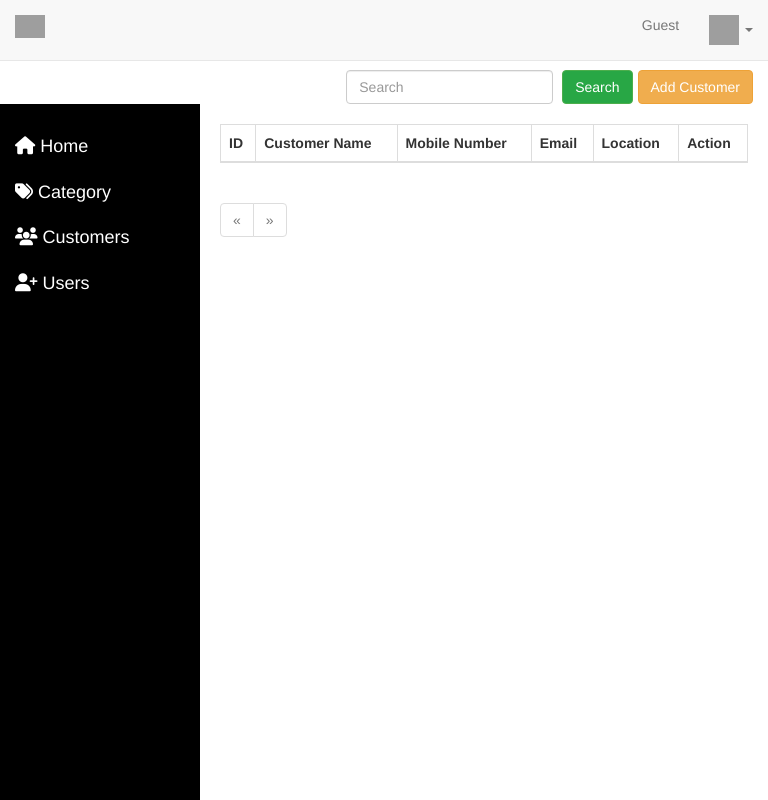
Repository: Nireshkumar24/CRM
Page: http://localhost/adduser
These files come from the project's save history. The page is drawn as it stood at one moment and after the next save; the edit follows.
The browser window is 768 px wide. The pictures show the whole page.
Pictures or frames that could not be fetched are drawn as grey boxes. The page is served by the project's application, run on Flask 3 (app.py). Queries for data that is not in the repository find no rows.

Above is the page before, as saved 2024-05-23 10:42:35.
Console error: ReferenceError: $ is not defined

After the next save:
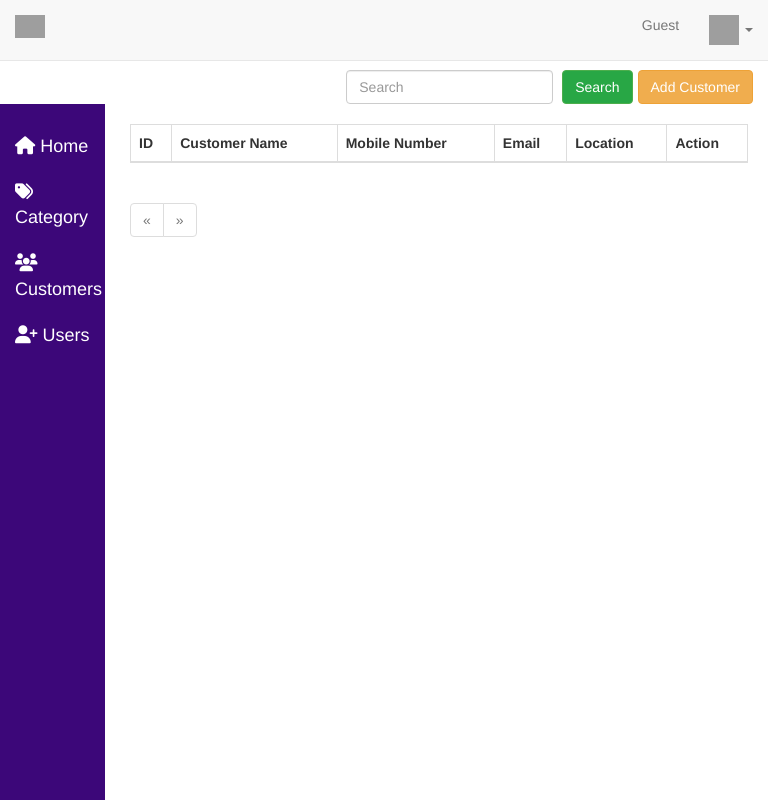
Saved 2 min 24 s later.
--- a/templates/adduser.html
+++ b/templates/adduser.html
@@ -11,6 +11,18 @@
     <link rel="stylesheet" href="https://cdnjs.cloudflare.com/ajax/libs/font-awesome/6.2.0/css/all.min.css">
 
     <style>
+        .material-symbols-outlined {
+            padding-top: 12px;
+            height: 35px;
+            width: 35px;
+            font-variation-settings:
+                'FILL' 0,
+                'wght' 400,
+                'GRAD' 0,
+                'opsz' 24
+        }
+
+
         .profile-dropdown-toggle::after {
             display: none;
         }
@@ -21,7 +33,7 @@
             position: fixed;
             z-index: 1;
             left: 0;
-            background-color: #000;
+            background-color: #3c0779;
             overflow-x: hidden;
             padding-top: 20px;
         }
@@ -46,14 +58,21 @@
         }
 
         @media (max-width: 768px) {
-
-
-            /* Always float the navbar header to the left */
+            .side-nav {
+                width: 105px;
+                min-height: 50%;
+                max-height: 100%;
+
+            }
+
+            .content {
+                margin-left: 110px;
+            }
+
             .navbar-header {
                 float: left;
             }
 
-            /* Override the collapsing behavior */
             .navbar-collapse.collapse {
                 display: block !important;
                 height: auto !important;
@@ -61,37 +80,31 @@
                 overflow: visible !important;
             }
 
-            /* Ensure navbar items are displayed inline */
             .navbar-nav>li {
                 display: inline-block;
             }
 
-            /* Center the navbar items */
             .navbar-nav {
                 float: none;
                 /* text-align: center; */
                 text-align: right;
-
-            }
-
-            /* Adjust the dropdown menu position */
+            }
+
+
             .navbar-right .dropdown-menu {
                 right: 0;
                 left: auto;
             }
 
-            /* Optional: Increase the size of the toggle for better usability */
             .navbar-toggle {
                 display: none;
-                /* You might choose to hide or show and increase its size */
-            }
-
-            /* Adjust the brand logo size if necessary */
+            }
+
+
             .navbar-brand img {
                 max-width: 100%;
                 height: auto;
             }
-
 
             @media (max-width: 768px) {
                 #searchForm {
